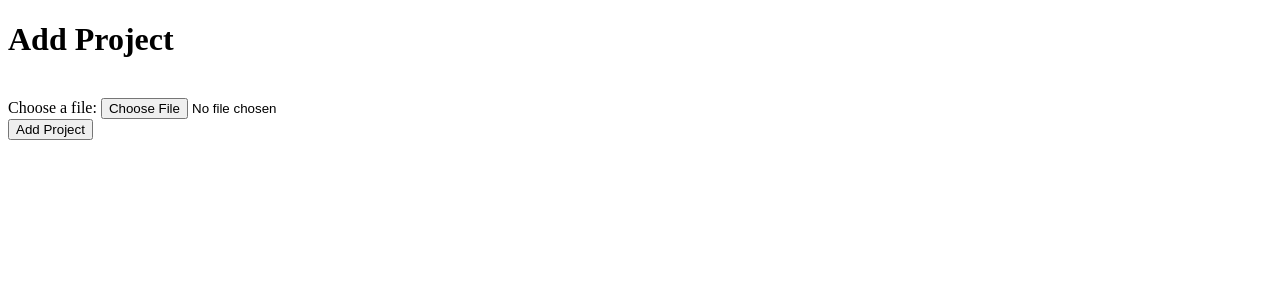
Repository: Tanmay-Kayande/Myportfolio
Page: http://localhost/myproject/project.jsp
These files come from the project's save history. The page is drawn as it stood at one moment and after the next save; the edit follows.
The browser window is 1280 px wide. The pictures show the whole page.
The page is served by Tomcat 9. The session is filled in as if someone had signed in: {"login": "exist"}.

Above is the page before, as saved 2024-02-13 09:39:08.

After the next save:
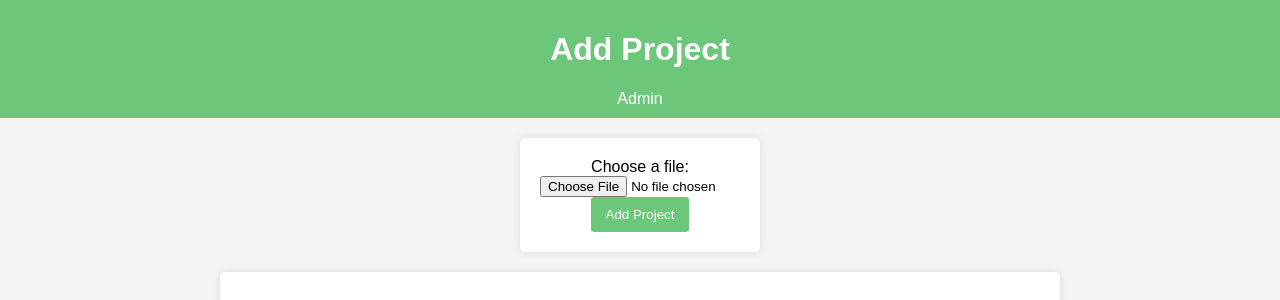
Saved 94 s later.
--- a/myproject/src/main/webapp/project.jsp
+++ b/myproject/src/main/webapp/project.jsp
@@ -17,7 +17,77 @@ if (value == null) {
     <meta name="viewport" content="width=device-width, initial-scale=1.0">
     <title>Add Project</title>
     <style>
-        /* Your CSS styles */
+        body {
+            font-family: Arial, sans-serif;
+            background-color: #f4f4f4;
+            margin: 0;
+            padding: 0;
+            box-sizing: border-box;
+            text-align: center;
+        }
+
+        header {
+            background-color: #6dc77a;
+            color: #fff;
+            padding: 10px;
+        }
+
+        .add-project {
+            max-width: 200px;
+            margin: 20px auto;
+            background-color: #fff;
+            padding: 20px;
+            box-shadow: 0 0 10px rgba(0, 0, 0, 0.1);
+            border-radius: 5px;
+            text-align: center;
+        }
+
+        .read-projects {
+            max-width: 800px;
+            margin: 20px auto;
+            background-color: #fff;
+            padding: 20px;
+            box-shadow: 0 0 10px rgba(0, 0, 0, 0.1);
+            border-radius: 5px;
+            text-align: center;
+        }
+
+        .project-list {
+            display: flex;
+            flex-wrap: wrap;
+            justify-content: space-around;
+        }
+
+        .project-item {
+            width: 48%;
+            margin-bottom: 20px;
+        }
+
+        .project-item img {
+            max-width: 100%;
+            height: auto;
+            border-radius: 5px;
+            box-shadow: 0 0 5px rgba(0, 0, 0, 0.1);
+        }
+
+        .project-item form {
+            display: flex;
+            justify-content: space-between;
+            margin-top: 10px;
+        }
+
+        button {
+            background-color: #6dc77a;
+            color: #fff;
+            padding: 10px 15px;
+            border: none;
+            border-radius: 3px;
+            cursor: pointer;
+        }
+
+        #message-container {
+            margin-top: 20px;
+        }
     </style>
     <script type="text/javascript">
         function ensure() {
